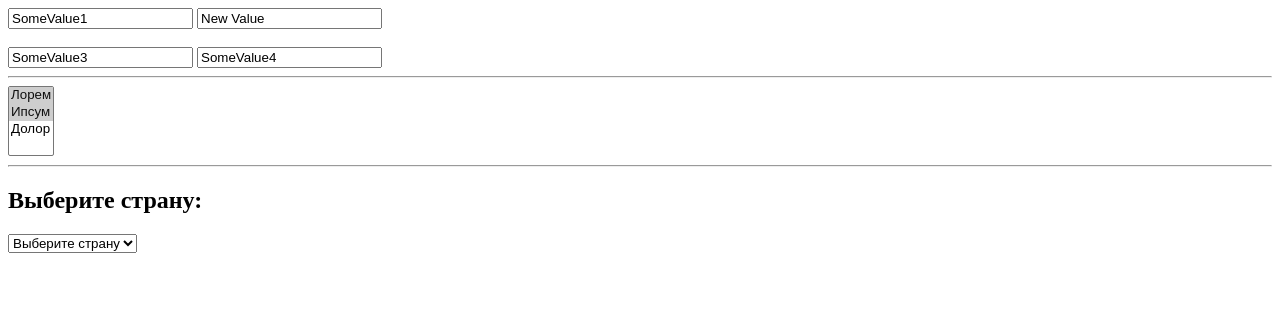
Repository: iveivs/JS_homeWork_gb
Page: homeWork/lessons Dom/les3/index.html
These files come from the project's save history. The page is drawn as it stood at one moment and after a run of saves; the edit follows.
The browser window is 1280 px wide. The pictures show the whole page.

Above is the page before, as saved 2024-01-19 23:30:51.

### homeWork/lessons Dom/les3/index.html
<!DOCTYPE html>
<html lang="en">

<head>
    <meta charset="UTF-8">
    <meta http-equiv="X-UA-Compatible" content="IE=edge">
    <meta name="viewport" content="width=device-width, initial-scale=1.0">
    <title>Document</title>
    <link rel="stylesheet" href="style.css">
</head>

<body>

    <form name="superForm">
        <input name="first" type="text" value="SomeValue1">
        <input name="second" type="text" value="SomeValue2">
    </form>
    <br>
    <form name="superForm2">
        <input name="third" type="text" value="SomeValue3">
        <input name="fourth" type="text" value="SomeValue4">
    </form>
    <hr>
    <form name="superForm3">
        <select name="selectForm" multiple>
            <option value="Lorem" selected>Лорем</option>
            <option value="Ipsum" selected>Ипсум</option>
            <option value="Dolor">Долор</option>
        </select>
    </form>
    <hr>
        <!-- // Задача
        Вы разрабатываете приложение для выбора и отображения данных о странах. У вас есть форма включающая элемент select,
        в котором пользователь может выбрать определённую страну. При выборе страны, вам необходимо динамически обновлять другой элемент на странице,
        например изображать информацию о столице страны -->
        <h2>Выберите страну:</h2>
        <form id="country-form">
            <select name="" id="country-select">
                <option value="">Выберите страну</option>
                <option value="argentina">Аргентина</option>
                <option value="janmaica">Ямайка</option>
                <option value="mozambic">Мозамбик</option>
            </select>
        </form>

        <h3></h3>
    <script src="script.js"></script>
</body>

</html>

### homeWork/lessons Dom/les3/style.css
hr {
    mt20
    margin-bottom: 20px;
}

### homeWork/lessons Dom/les3/script.js
// Обращения(получение элемента)
// console.log(document.forms.superForm);
// console.log(document.forms[1]);
// - -

const form = document.forms.superForm
// console.log(form.elements.first);
// console.log(form.elements.second);
form.elements.second.value = 'New Value'

//  - - - - - - - - -

const someSelect = document.forms.superForm3.selectForm
// Следующие три строки делают(?) одно и тоже
// someSelect.options[2].selected = true
// someSelect.selectIndex = 2
// someSelect.value = "Dolor"

const selectedEl = Array.from(someSelect.options)
.filter(option => option.selected)
.map(option => option.value)
console.log(selectedEl);
// - - - - - - - - - - -

// Задача
// Вы разрабатываете приложение для выбора и отображения данных о странах. У вас есть форма включающая элемент select,
// в котором пользователь может выбрать определённую страну. При выборе страны, вам необходимо динамически обновлять другой элемент на странице,
// например изображать информацию о столице страны

After the next 3 saves:
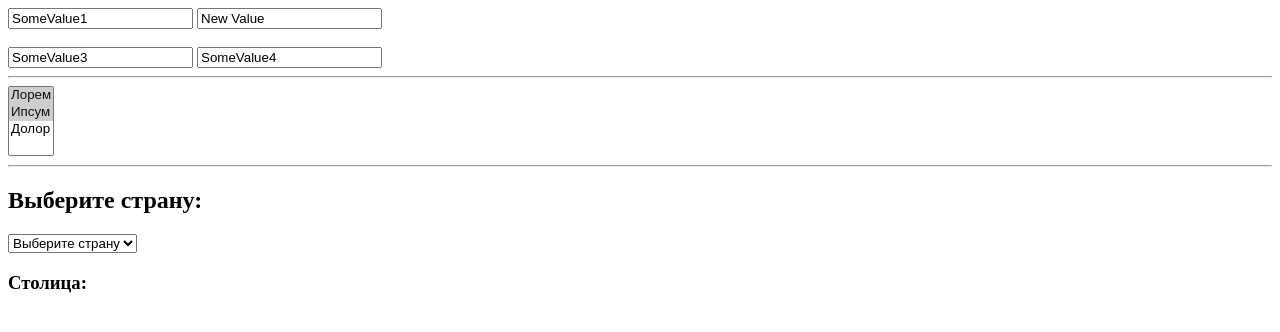
The 3 saves are shown as one change because they came seconds apart.
The last was saved 7 s later.
--- a/homeWork/lessons Dom/les3/index.html
+++ b/homeWork/lessons Dom/les3/index.html
@@ -43,7 +43,8 @@
             </select>
         </form>
 
-        <h3></h3>
+        <h3>Столица:</h3>
+
     <script src="script.js"></script>
 </body>
 
